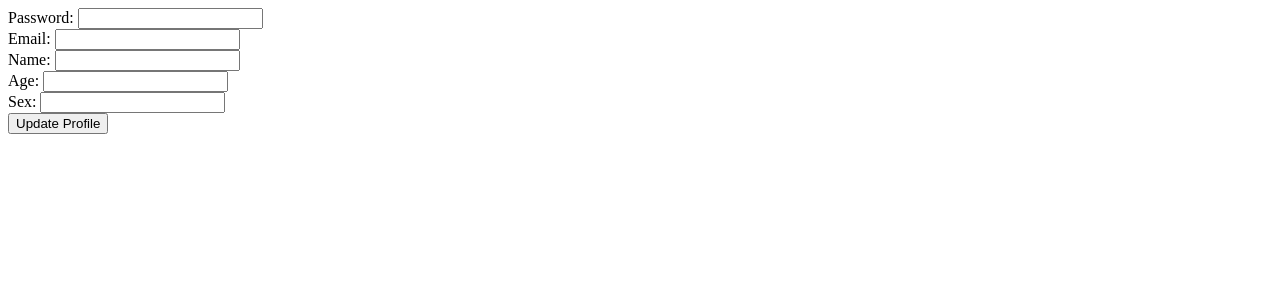
Repository: LifeIsRightward/WebServer
Page: http://localhost/JSPBook/Project/profile.jsp
An editor plug-in stored every save of this project. The page is shown before and after the next save, followed by the edit.
The browser window is 1280 px wide. The pictures show the whole page.
The page is served by Tomcat 9.

Above is the page before, as saved 2024-06-06 16:52:31.

After the next save:
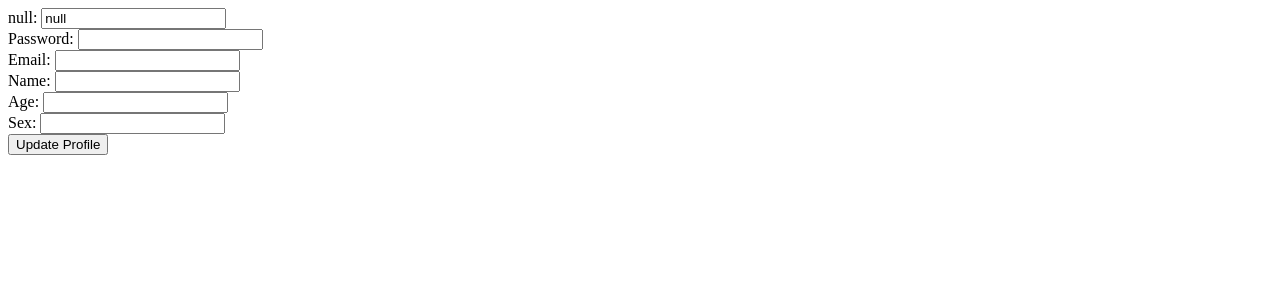
Saved 6 s later.
--- a/JSPBook/src/main/webapp/Project/profile.jsp
+++ b/JSPBook/src/main/webapp/Project/profile.jsp
@@ -38,10 +38,10 @@
 
 
 	<form method="post" action="profileprocess.jsp">
-        <!-- <div>
+        <div>
         	<label for="id"><%= uid %>:</label>
         	<input type="text" name="id" value="<%= uid %>">
-        	</div> -->
+        </div>
         <div>
             <label for="password">Password:</label>
             <input type="text" name="password" value="<%= pw %>">
